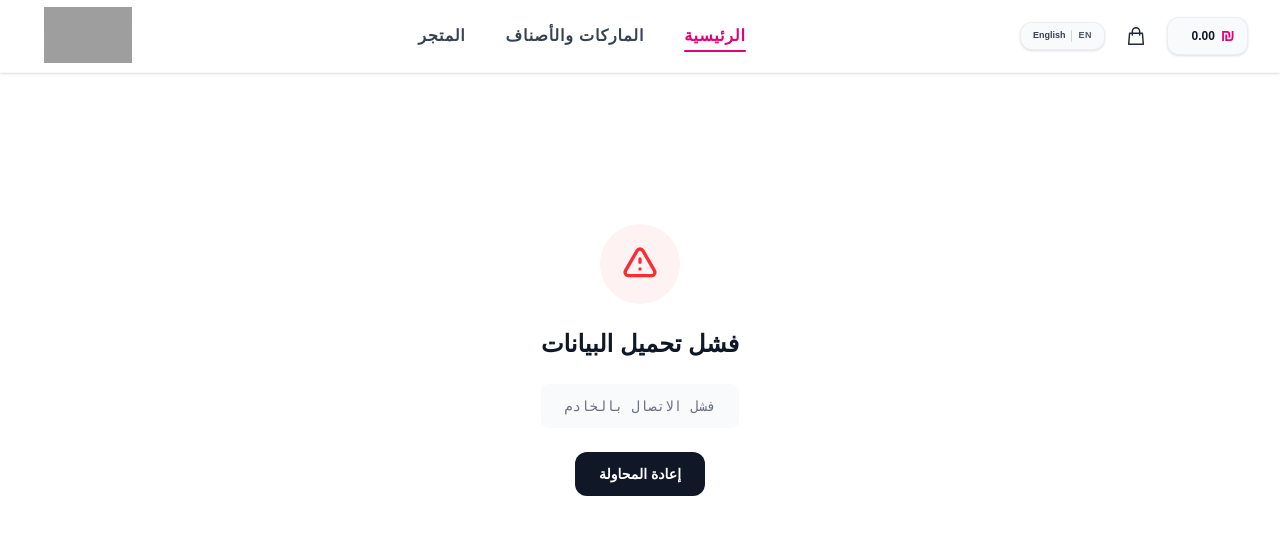
Repository: mhmdsaqer/miles
Page: / (app in beauty-frontend/)
The author's editor kept a copy of each file at every save. The page is drawn from the files as they stood at one save, then again after the next save.
The browser window is 1280 px wide. The pictures show the whole page.
Pictures or frames that could not be fetched are drawn as grey boxes. The page's requests for data from a server got no answer. The project was rebuilt for these pictures with package versions that can differ from the ones it lists, and the page was loaded fresh each time. No one was signed in, and anything a server would have sent is missing. Also part of the build but not shown: beauty-frontend/vite.config.js, beauty-frontend/src/components/SEO.jsx, beauty-frontend/src/components/ProductCard.jsx, beauty-frontend/src/pages/Shop.jsx, beauty-frontend/src/components/LuxuryCard.jsx, beauty-frontend/src/pages/ProductDetails.jsx, beauty-frontend/src/pages/Cart.jsx, beauty-frontend/src/pages/Brands.jsx and 12 more.

Above is the page before, as saved 2026-06-16 14:35:53.

### beauty-frontend/index.html
<!doctype html>
<html lang="en">
  <head>
    <meta charset="UTF-8" />
    <link rel="icon" type="image/svg+xml" href="/favicon.svg" />
    <meta name="viewport" content="width=device-width, initial-scale=1.0" />
    <title>beauty-frontend</title>
  </head>
  <body>
    <div id="root"></div>
    <script type="module" src="/src/main.jsx"></script>
  </body>
</html>

### beauty-frontend/src/main.jsx
// src/main.jsx
import React from "react";
import ReactDOM from "react-dom/client";
import { HelmetProvider } from "react-helmet-async";
import { CartProvider } from "./context/CartContext";
import { LanguageProvider } from "./context/LanguageContext";
import { AuthProvider } from "./context/AuthContext";
import { ThemeProvider } from "./context/ThemeContext"; // ✅ أضف هذا
import App from "./App";
import "./index.css";

ReactDOM.createRoot(document.getElementById("root")).render(
  <React.StrictMode>
    <HelmetProvider>
      <LanguageProvider>
        <ThemeProvider> {/* ✅ أضف هنا */}
          <AuthProvider>
            <CartProvider>
              <App />
            </CartProvider>
          </AuthProvider>
        </ThemeProvider>
      </LanguageProvider>
    </HelmetProvider>
  </React.StrictMode>
);

### beauty-frontend/src/context/ThemeContext.jsx
import { createContext, useState, useContext, useEffect, useCallback } from "react";

const ThemeContext = createContext(null);

export const ThemeProvider = ({ children }) => {
  const [isDark, setIsDark] = useState(() => {
    if (typeof window !== "undefined") {
      return localStorage.getItem("miles_admin_theme") === "dark";
    }
    return false;
  });

  // حفظ التفضيل
  useEffect(() => {
    localStorage.setItem("miles_admin_theme", isDark ? "dark" : "light");
  }, [isDark]);

  const toggleTheme = useCallback(() => setIsDark((prev) => !prev), []);

  return (
    <ThemeContext.Provider value={{ isDark, toggleTheme }}>
      {children}
    </ThemeContext.Provider>
  );
};

export const useTheme = () => {
  const context = useContext(ThemeContext);
  if (!context) throw new Error("useTheme must be used within ThemeProvider");
  return context;
};

### beauty-frontend/src/App.jsx
// src/App.jsx
import { Toaster } from "sonner";
import { BrowserRouter as Router, Routes, Route, useLocation } from "react-router-dom";
import Navbar from "./components/Navbar";
import Shop from "./pages/Shop";
import ProductDetails from "./pages/ProductDetails";
import Cart from "./pages/Cart";
import Brands from "./pages/Brands";
import BrandDetails from "./pages/BrandDetails";
import Home from "./pages/Home";
import Checkout from "./pages/Checkout";


// ✅ استيراد صفحات الـ Admin
import AdminLogin from "./pages/admin/AdminLogin";
import AdminLayout from "./pages/admin/AdminLayout";
import AdminDashboard from "./pages/admin/AdminDashboard";
import AdminProducts from "./pages/admin/AdminProducts";
import AdminBrands from "./pages/admin/AdminBrands";
import AdminCategories from "./pages/admin/AdminCategories";
import AdminOrders from "./pages/admin/AdminOrders";

import AdminUsers from "./pages/admin/AdminUsers";
import AdminAuditLogs from "./pages/admin/AdminAuditLogs";


// ✅ مكون داخلي للتحكم في عرض الـ Navbar بناءً على المسار
const AppContent = () => {
  const location = useLocation();
  const isAdminRoute = location.pathname.startsWith("/admin");

  return (
    <div className="min-h-screen bg-white">
      {/* ✅ إخفاء الـ Navbar الرئيسي تلقائياً عند الدخول لصفحات الأدمن */}
      {!isAdminRoute && <Navbar />}

      <Routes>
        {/* === Public Routes === */}
        <Route path="/"            element={<Home />} />
        <Route path="/shop"        element={<Shop />} />
        <Route path="/product/:id" element={<ProductDetails />} />
        <Route path="/cart"        element={<Cart />} />
        <Route path="/brands"      element={<Brands />} />
        <Route path="/brands/:id"  element={<BrandDetails />} />
        <Route path="/checkout"    element={<Checkout />} />

        {/* === Admin Routes === */}
        <Route path="/admin/login" element={<AdminLogin />} />
        <Route path="/admin"       element={<AdminLayout />}>
          <Route path="dashboard"  element={<AdminDashboard />} />
            <Route path="products" element={<AdminProducts />} />
            <Route path="brands" element={<AdminBrands />} />
            <Route path="categories" element={<AdminCategories />} />
            <Route path="orders" element={<AdminOrders />} />
            <Route path="users" element={<AdminUsers />} /> {/* ✅ هذا السطر الجديد */}
            <Route path="audit-logs" element={<AdminAuditLogs />} />
        </Route>
      </Routes>
      {/* ✅ 2. أضف هذا المكون في نهاية AppContent */}
      <Toaster position="top-right" richColors closeButton duration={4000} />
    </div>
  );
};

function App() {
  return (
    <Router>
      <AppContent />
    </Router>
  );
}

export default App;

### beauty-frontend/src/components/Navbar.jsx
// src/components/Navbar.jsx - نسخة العرض الكامل (Full Width) والارتفاع النحيف العصري 🚀
import { Link, useLocation } from "react-router-dom";
import { useCart } from "../context/CartContext";
import { useLang } from "../context/LanguageContext";
import { useState, useEffect, useMemo, useCallback } from "react";

const LOGO_URL = "https://res.cloudinary.com/dvd2u8csu/image/upload/v1780130628/logo_pykvwk.png";

const Navbar = () => {
  const { cartItems, cartCount } = useCart();
  const { lang, toggleLang, t } = useLang();
  const location = useLocation();
  const [isScrolled, setIsScrolled] = useState(false);
  const [isMobileMenuOpen, setIsMobileMenuOpen] = useState(false);
  const [logoLoaded, setLogoLoaded] = useState(false);

  const cartTotal = useMemo(() => {
    return cartItems.reduce((total, item) => {
      const price = item.selectedVariant?.price ?? item.price;
      return total + price * item.quantity;
    }, 0);
  }, [cartItems]);

  useEffect(() => {
    const handleScroll = () => setIsScrolled(window.scrollY > 20);
    window.addEventListener("scroll", handleScroll);
    return () => window.removeEventListener("scroll", handleScroll);
  }, []);

  useEffect(() => {
    setIsMobileMenuOpen(false);
  }, [location.pathname]);

  useEffect(() => {
    document.body.style.overflow = isMobileMenuOpen ? "hidden" : "unset";
    return () => { document.body.style.overflow = "unset"; };
  }, [isMobileMenuOpen]);

  const navLinks = useMemo(() => [
    { name: t('home'), path: "/" },
    { name: t('brandsAndcategories'), path: "/brands" },
    { name: t('shop'), path: "/shop" }
  ], [t]);

  const closeMobileMenu = useCallback(() => setIsMobileMenuOpen(false), []);

  return (
    <>
      <nav
        // ✅ العرض ممدود بالكامل من الحافة للحافة (fixed top-0 left-0 right-0 w-full) بدون أي padding خارجي (px-0 py-0)
        className="fixed top-0 left-0 right-0 w-full z-[100] transition-all duration-500 pointer-events-none"
        dir={lang === "ar" ? "rtl" : "ltr"}
        role="navigation"
        aria-label="Main navigation"
      >
        {/* ✨ تم إزالة الـ max-width والـ rounded الدائرية ليمتد كامل العرض، وتم تقليص الـ padding العمودي إلى (py-1.5) لارتفاع شديد النحافة */}
        <div className={`w-full transition-all duration-500 pointer-events-auto border-b ${
          isScrolled
            ? "bg-white/95 backdrop-blur-xl shadow-[0_10px_30px_rgba(0,0,0,0.05)] border-gray-100/80 py-1 md:py-1.5"
            : "bg-white shadow-sm border-gray-100/50 py-1.5 md:py-2"
        }`}>

          {/* حاوية المحتوى الداخلي */}
          <div className="max-w-[1440px] mx-auto px-4 md:px-8 flex justify-between items-center h-full">

            {/* ===== الجانب الأيمن: أيقونات التحكم واللغة ===== */}
            <div className="flex items-center gap-2 md:gap-3">
              <button
                onClick={() => setIsMobileMenuOpen(!isMobileMenuOpen)}
                className="md:hidden relative p-2 group"
                aria-label={t('menu')}
                aria-expanded={isMobileMenuOpen}
              >
                <div className="absolute inset-0 bg-pink-50 rounded-full scale-0 group-hover:scale-100 transition-transform duration-500"></div>
                <div className="relative z-10 w-5 h-4 flex flex-col justify-center gap-1">
                  <span className={`w-full h-0.5 bg-gray-800 rounded-full transition-all duration-300 ${isMobileMenuOpen ? "rotate-45 translate-y-1.5" : ""}`}></span>
                  <span className={`w-full h-0.5 bg-gray-800 rounded-full transition-all duration-300 ${isMobileMenuOpen ? "opacity-0 scale-0" : ""}`}></span>
                  <span className={`w-full h-0.5 bg-gray-800 rounded-full transition-all duration-300 ${isMobileMenuOpen ? "-rotate-45 -translate-y-1.5" : ""}`}></span>
                </div>
              </button>

              {/* تقليل الـ padding وحجم الخط هنا ليتناسب مع الارتفاع الصغير */}
              <div className="flex items-center gap-1.5 bg-gray-50 px-3 py-1.5 rounded-xl border border-gray-200/60 shadow-sm">
                <span className="text-pink-600 font-black text-base">₪</span>
                <span className="text-gray-900 font-black text-xs tabular-nums min-w-[35px] text-right">
                  {cartTotal.toFixed(2)}
                </span>
              </div>

              <Link to="/cart" className="relative group p-2" aria-label={`${t('cart')} - ${cartCount} ${t('items')}`}>
                <div className="absolute inset-0 bg-pink-50 rounded-full scale-0 group-hover:scale-100 transition-transform duration-500"></div>
                <svg className="h-5.5 w-5.5 text-gray-800 relative z-10 transition-colors group-hover:text-pink-600" fill="none" viewBox="0 0 24 24" stroke="currentColor">
                  <path strokeLinecap="round" strokeLinejoin="round" strokeWidth={1.6} d="M16 11V7a4 4 0 00-8 0v4M5 9h14l1 12H4L5 9z" />
                </svg>
                {cartCount > 0 && (
                  <span className="absolute top-0 right-0 bg-pink-600 text-white text-[8px] font-black w-4.5 h-4.5 flex items-center justify-center rounded-full border border-white shadow-sm">
                    {cartCount > 9 ? "9+" : cartCount}
                  </span>
                )}
              </Link>

              <button
                onClick={toggleLang}
                className="hidden md:flex items-center gap-1.5 bg-gray-50 px-3 py-1.5 rounded-xl border border-gray-200/60 hover:border-pink-300 transition-all group shadow-sm"
                aria-label={`Switch language to ${lang === "ar" ? "English" : "Arabic"}`}
              >
                <span className="text-[9px] font-black uppercase tracking-wider text-gray-600 group-hover:text-pink-600 transition-colors">
                  {lang === "ar" ? "EN" : "ع"}
                </span>
                <span className="w-px h-3 bg-gray-300"></span>
                <span className="text-[9px] font-bold text-gray-700 group-hover:text-gray-900 transition-colors">
                  {lang === "ar" ? "English" : "العربية"}
                </span>
              </button>
            </div>

            {/* ===== المنتصف: الروابط (ديسكتوب) بنصوص ناعمة ومتناسقة ===== */}
            <div className="hidden md:flex items-center gap-6 lg:gap-10">
              {navLinks.map((link) => (
                <Link
                  key={link.path}
                  to={link.path}
                  className={`group relative text-sm lg:text-base font-black uppercase tracking-wider transition-all duration-300 hover:scale-105 ${
                    location.pathname === link.path
                      ? "text-pink-600"
                      : "text-gray-700 hover:text-pink-600"
                  }`}
                  aria-current={location.pathname === link.path ? "page" : undefined}
                >
                  <span className="relative z-10">{link.name}</span>
                  <span className={`absolute -bottom-1 left-0 h-[2.5px] bg-pink-600 rounded-full transition-all duration-300 ${
                    location.pathname === link.path ? "w-full opacity-100" : "w-0 opacity-0 group-hover:w-full group-hover:opacity-100"
                  }`}></span>
                </Link>
              ))}
            </div>

            {/* ===== الجانب الأيسر: الشعار بحجم ملموم ومدروس يمنع تمدد الشريحة عمودياً ===== */}
            <div className="flex-shrink-0">
              <Link to="/" className="group relative flex items-center justify-center" aria-label={t('home')}>
                {/* 📐 تصغير الحاوية الحاضنة للشعار لتلائم النحافة الجديدة للبار */}
                <div className="relative z-10 animate-float-luxury w-20 h-10 md:w-24 md:h-12 lg:w-28 lg:h-14 flex items-center justify-center overflow-hidden bg-transparent">
                  <div className="absolute inset-0 bg-gradient-to-r from-pink-500/10 via-purple-500/10 to-pink-500/10 rounded-full blur-xl opacity-0 group-hover:opacity-60 transition-opacity duration-500 pointer-events-none"></div>
                  <img
                    src={LOGO_URL}
                    alt="Company Logo"
                    className={`
                      relative z-10
                      w-full h-full
                      object-contain
                      bg-transparent
                      scale-[1.1] md:scale-[1.2]
                      transition-all duration-500 ease-out
                      ${logoLoaded ? 'opacity-100' : 'opacity-0'}
                      group-hover:scale-[1.3]
                    `}
                    onLoad={() => setLogoLoaded(true)}
                    onError={(e) => {
                      e.target.style.display = 'none';
                    }}
                    loading="eager"
                  />
                  {!logoLoaded && (
                    <div className="absolute inset-0 flex items-center justify-center bg-transparent">
                      <div className="w-6 h-6 border-2 border-gray-200 border-t-pink-500 rounded-full animate-spin"></div>
                    </div>
                  )}
                </div>
              </Link>
            </div>

          </div>
        </div>
      </nav>

      {/* ===== Mobile Menu Overlay ===== */}
      <div
        className={`fixed inset-0 z-[99] bg-black/40 backdrop-blur-sm transition-opacity duration-300 md:hidden ${
          isMobileMenuOpen ? "opacity-100 pointer-events-auto" : "opacity-0 pointer-events-none"
        }`}
        onClick={closeMobileMenu}
        aria-hidden="true"
      />

      {/* ===== Mobile Menu Drawer ===== */}
      <div
        className={`fixed top-0 right-0 z-[100] w-[85%] max-w-sm h-full bg-white shadow-[0_20px_80px_rgba(0,0,0,0.15)] transition-transform duration-500 ease-out md:hidden ${
          isMobileMenuOpen ? "translate-x-0" : "translate-x-full"
        }`}
        dir={lang === "ar" ? "rtl" : "ltr"}
        role="dialog"
        aria-modal="true"
        aria-label="Mobile menu"
      >
        <div className="p-4 border-b border-gray-100 flex items-center justify-between">
          <Link to="/" onClick={closeMobileMenu} className="flex items-center gap-3">
            <img src={LOGO_URL} alt="Logo" className="h-6 w-auto object-contain" loading="lazy" />
          </Link>
          <button onClick={closeMobileMenu} className="p-2 hover:bg-gray-50 rounded-xl transition-colors" aria-label={t('close')}>
            <svg width="18" height="18" viewBox="0 0 24 24" fill="none" stroke="currentColor" strokeWidth="2">
              <path d="M18 6L6 18M6 6l12 12"/>
            </svg>
          </button>
        </div>

        <nav className="p-4 space-y-1">
          {navLinks.map((link, index) => (
            <Link
              key={link.path}
              to={link.path}
              onClick={closeMobileMenu}
              className={`block w-full text-right px-4 py-3 rounded-xl text-base font-bold transition-all duration-300 ${
                location.pathname === link.path
                  ? "bg-gradient-to-r from-pink-600 to-pink-500 text-white shadow-md"
                  : "text-gray-700 hover:bg-gray-50 hover:text-gray-900"
              }`}
              style={{ transitionDelay: `${index * 40}ms` }}
            >
              {link.name}
            </Link>
          ))}
        </nav>

        <div className="px-4 py-3 border-t border-gray-100">
          <button
            onClick={() => { toggleLang(); closeMobileMenu(); }}
            className="w-full flex items-center justify-between px-4 py-2.5 rounded-xl bg-gradient-to-br from-gray-50 to-gray-100/50 hover:from-pink-50 hover:to-pink-100/50 border border-gray-200/60 transition-all group"
          >
            <span className="text-xs font-bold text-gray-700 group-hover:text-gray-900">
              {lang === "ar" ? "English" : "العربية"}
            </span>
            <span className="text-[9px] font-black uppercase tracking-wider text-gray-500 group-hover:text-pink-600">
              {lang === "ar" ? "EN" : "ع"}
            </span>
          </button>
        </div>

        <div className="absolute bottom-0 left-0 right-0 p-4 border-t border-gray-100 bg-gradient-to-br from-gray-50 to-white">
          <div className="flex items-center justify-between mb-3">
            <span className="text-xs font-bold text-gray-600">{t('cartTotal')}</span>
            <span className="text-xl font-black text-gray-900 tabular-nums">₪{cartTotal.toFixed(2)}</span>
          </div>
          <Link to="/cart" onClick={closeMobileMenu} className="w-full bg-gradient-to-r from-gray-900 to-gray-800 text-white py-3 rounded-xl font-black text-xs uppercase tracking-widest hover:from-pink-600 hover:to-pink-500 transition-all flex items-center justify-center gap-2 shadow-md">
            {t('viewCart')} ({cartCount})
            <svg width="14" height="14" viewBox="0 0 24 24" fill="none" stroke="currentColor" strokeWidth="2.5">
              <path d="M5 12h14M12 5l7 7-7 7"/>
            </svg>
          </Link>
        </div>
      </div>
    </>
  );
};

export default Navbar;

Loaded but not shown: beauty-frontend/src/utils/adminAuth.js (90 lines, source omitted); beauty-frontend/src/utils/imageUtils.js (60 lines, source omitted); beauty-frontend/src/pages/Home.jsx (315 lines, source omitted); beauty-frontend/src/context/LanguageContext.jsx (380 lines, source omitted); beauty-frontend/src/context/CartContext.jsx (152 lines, source omitted); beauty-frontend/src/context/AuthContext.jsx (143 lines, source omitted); beauty-frontend/src/index.css (102 lines, source omitted)

After the next save:
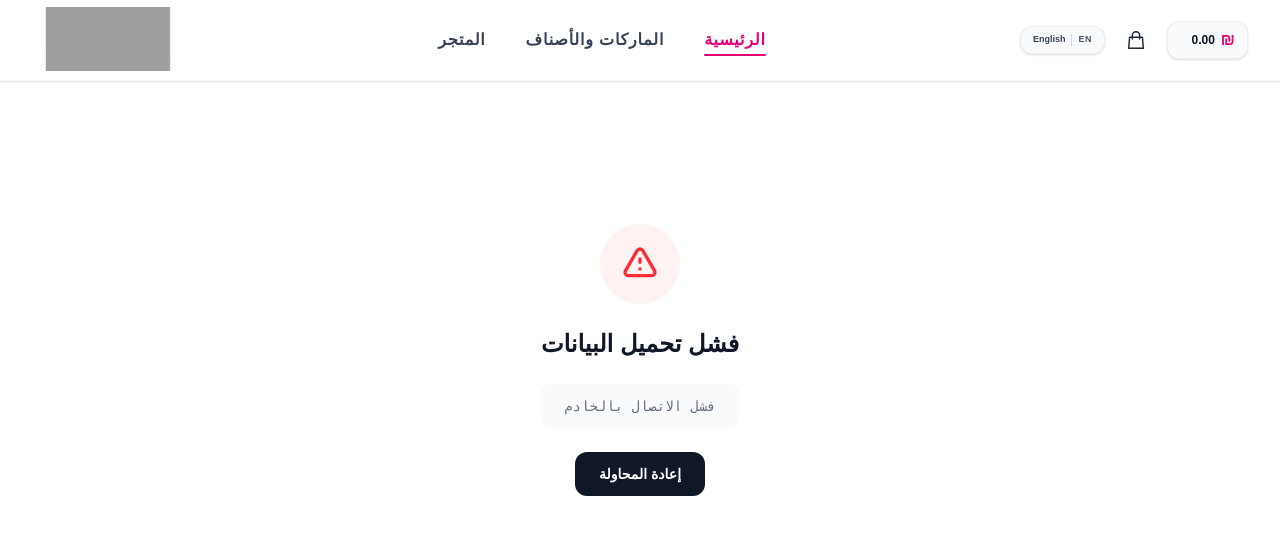
Saved 7 min 57 s later.
--- a/beauty-frontend/src/components/Navbar.jsx
+++ b/beauty-frontend/src/components/Navbar.jsx
@@ -1,4 +1,4 @@
-// src/components/Navbar.jsx - نسخة العرض الكامل (Full Width) والارتفاع النحيف العصري 🚀
+// src/components/Navbar.jsx - نسخة العرض الكامل (Full Width) مع اللوجو الكبير والأنيميشن الفاخر 🚀
 import { Link, useLocation } from "react-router-dom";
 import { useCart } from "../context/CartContext";
 import { useLang } from "../context/LanguageContext";
@@ -47,13 +47,11 @@ const Navbar = () => {
   return (
     <>
       <nav
-        // ✅ العرض ممدود بالكامل من الحافة للحافة (fixed top-0 left-0 right-0 w-full) بدون أي padding خارجي (px-0 py-0)
         className="fixed top-0 left-0 right-0 w-full z-[100] transition-all duration-500 pointer-events-none"
         dir={lang === "ar" ? "rtl" : "ltr"}
         role="navigation"
         aria-label="Main navigation"
       >
-        {/* ✨ تم إزالة الـ max-width والـ rounded الدائرية ليمتد كامل العرض، وتم تقليص الـ padding العمودي إلى (py-1.5) لارتفاع شديد النحافة */}
         <div className={`w-full transition-all duration-500 pointer-events-auto border-b ${
           isScrolled
             ? "bg-white/95 backdrop-blur-xl shadow-[0_10px_30px_rgba(0,0,0,0.05)] border-gray-100/80 py-1 md:py-1.5"
@@ -79,7 +77,6 @@ const Navbar = () => {
                 </div>
               </button>
 
-              {/* تقليل الـ padding وحجم الخط هنا ليتناسب مع الارتفاع الصغير */}
               <div className="flex items-center gap-1.5 bg-gray-50 px-3 py-1.5 rounded-xl border border-gray-200/60 shadow-sm">
                 <span className="text-pink-600 font-black text-base">₪</span>
                 <span className="text-gray-900 font-black text-xs tabular-nums min-w-[35px] text-right">
@@ -135,12 +132,16 @@ const Navbar = () => {
               ))}
             </div>
 
-            {/* ===== الجانب الأيسر: الشعار بحجم ملموم ومدروس يمنع تمدد الشريحة عمودياً ===== */}
+            {/* ===== الجانب الأيسر: الشعار بحجم ممتد ومثالي مع الأنيميشن الفاخر 💎 ===== */}
             <div className="flex-shrink-0">
               <Link to="/" className="group relative flex items-center justify-center" aria-label={t('home')}>
-                {/* 📐 تصغير الحاوية الحاضنة للشعار لتلائم النحافة الجديدة للبار */}
-                <div className="relative z-10 animate-float-luxury w-20 h-10 md:w-24 md:h-12 lg:w-28 lg:h-14 flex items-center justify-center overflow-hidden bg-transparent">
-                  <div className="absolute inset-0 bg-gradient-to-r from-pink-500/10 via-purple-500/10 to-pink-500/10 rounded-full blur-xl opacity-0 group-hover:opacity-60 transition-opacity duration-500 pointer-events-none"></div>
+
+                {/* 📐 تم تكبير الأبعاد الأفقية والعمودية للحاوية لاستيعاب حجم اللوجو الجديد الفخم دون زيادة ارتفاع البار */}
+                <div className="relative z-10 animate-float-luxury w-24 h-11 md:w-32 md:h-14 lg:w-38 lg:h-16 flex items-center justify-center overflow-hidden bg-transparent">
+
+                  {/* الهالة الخلفية اللامعة التي تظهر بسلاسة عند الـ hover */}
+                  <div className="absolute inset-0 bg-gradient-to-r from-pink-500/10 via-purple-500/10 to-pink-500/10 rounded-full blur-xl opacity-0 group-hover:opacity-70 transition-opacity duration-700 pointer-events-none"></div>
+
                   <img
                     src={LOGO_URL}
                     alt="Company Logo"
@@ -149,10 +150,10 @@ const Navbar = () => {
                       w-full h-full
                       object-contain
                       bg-transparent
-                      scale-[1.1] md:scale-[1.2]
-                      transition-all duration-500 ease-out
+                      scale-[1.3] md:scale-[1.4] lg:scale-[1.45]
+                      transition-all duration-700 ease-out
                       ${logoLoaded ? 'opacity-100' : 'opacity-0'}
-                      group-hover:scale-[1.3]
+                      group-hover:scale-[1.55]
                     `}
                     onLoad={() => setLogoLoaded(true)}
                     onError={(e) => {
@@ -160,11 +161,19 @@ const Navbar = () => {
                     }}
                     loading="eager"
                   />
+
                   {!logoLoaded && (
                     <div className="absolute inset-0 flex items-center justify-center bg-transparent">
                       <div className="w-6 h-6 border-2 border-gray-200 border-t-pink-500 rounded-full animate-spin"></div>
                     </div>
                   )}
+
+                  {/* النقاط الفلكية المضيئة المتحركة المحيطة بالشعار - تظهر فقط عند التمرير بالماوس */}
+                  <div className="absolute -inset-2 pointer-events-none">
+                    <div className="absolute top-0 left-1/2 -translate-x-1/2 w-1.5 h-1.5 bg-pink-400 rounded-full opacity-0 group-hover:opacity-100 animate-orbit-1"></div>
+                    <div className="absolute bottom-0 left-1/2 -translate-x-1/2 w-1 h-1 bg-purple-400 rounded-full opacity-0 group-hover:opacity-100 animate-orbit-2"></div>
+                    <div className="absolute left-0 top-1/2 -translate-y-1/2 w-1 h-1 bg-pink-300 rounded-full opacity-0 group-hover:opacity-100 animate-orbit-3"></div>
+                  </div>
                 </div>
               </Link>
             </div>
